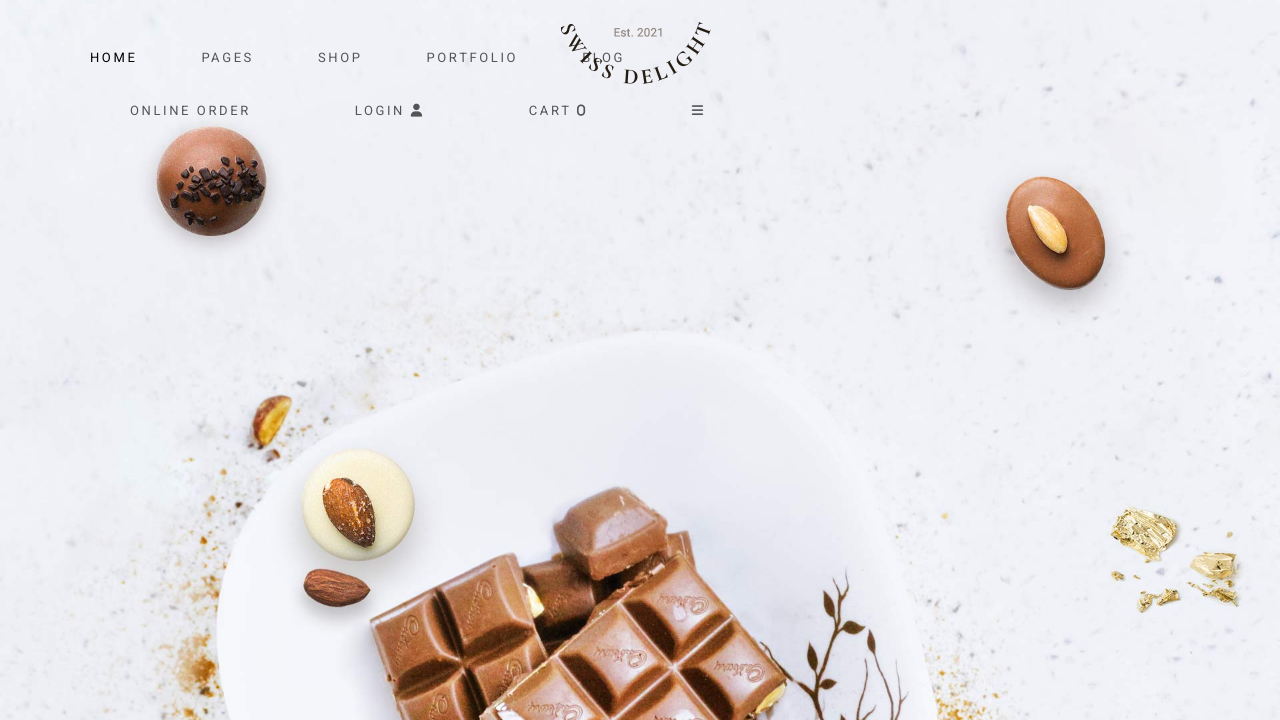
Repository: HadelAbdellatif/Project1
Page: index.html
The author's editor kept a copy of each file at every save. The page is drawn from the files as they stood at one save, then again after the next save.
The browser window is 1280 px wide. The pictures show the whole page.

Above is the page before, as saved 2023-10-15 16:37:07.
Console error: TypeError: Cannot read properties of null (reading 'addEventListener')

After the next save:
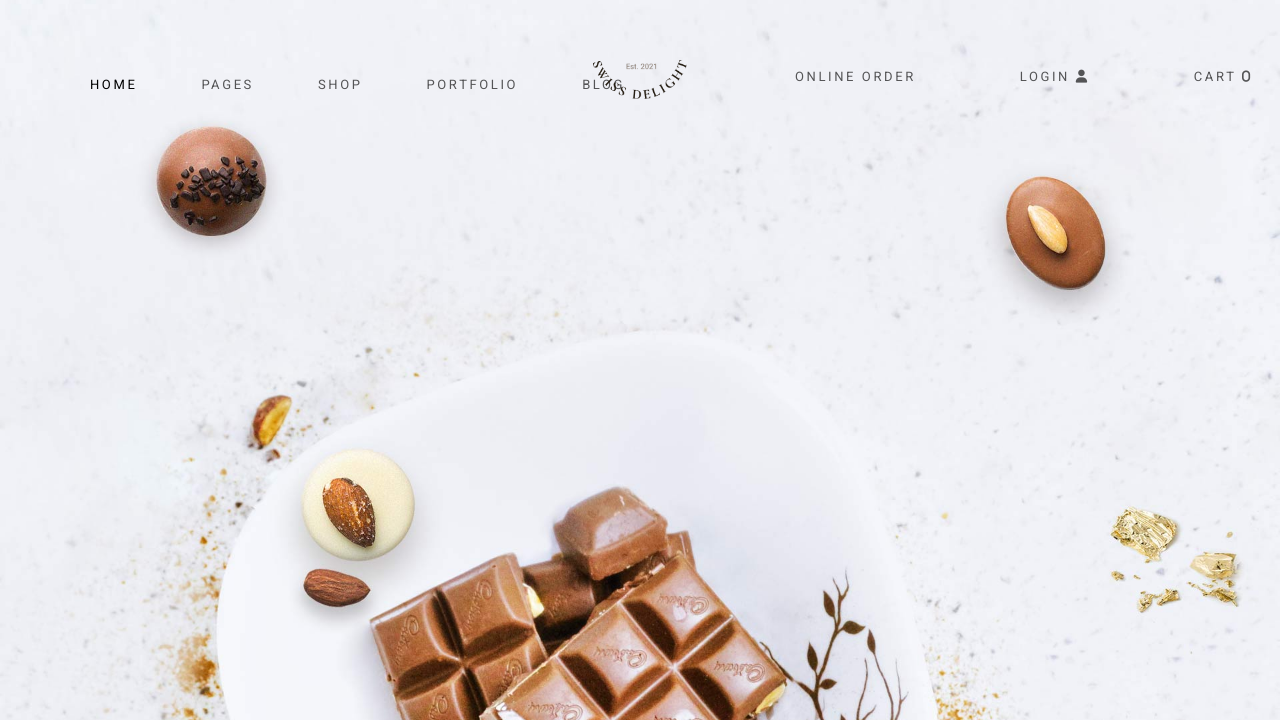
Saved 7 s later.
--- a/index.html
+++ b/index.html
@@ -51,7 +51,7 @@
             </ul>
           </div>
 
-          <div class="col-md-2 p-2 ms-2">
+          <div class="col-md-2 p-5">
             <a class="nav-item">
               <img src="assets/img/logo-swiss-2.png" width="150px" height="92px" class="ps-0 img-fluid" alt="Logo" />
             </a>
